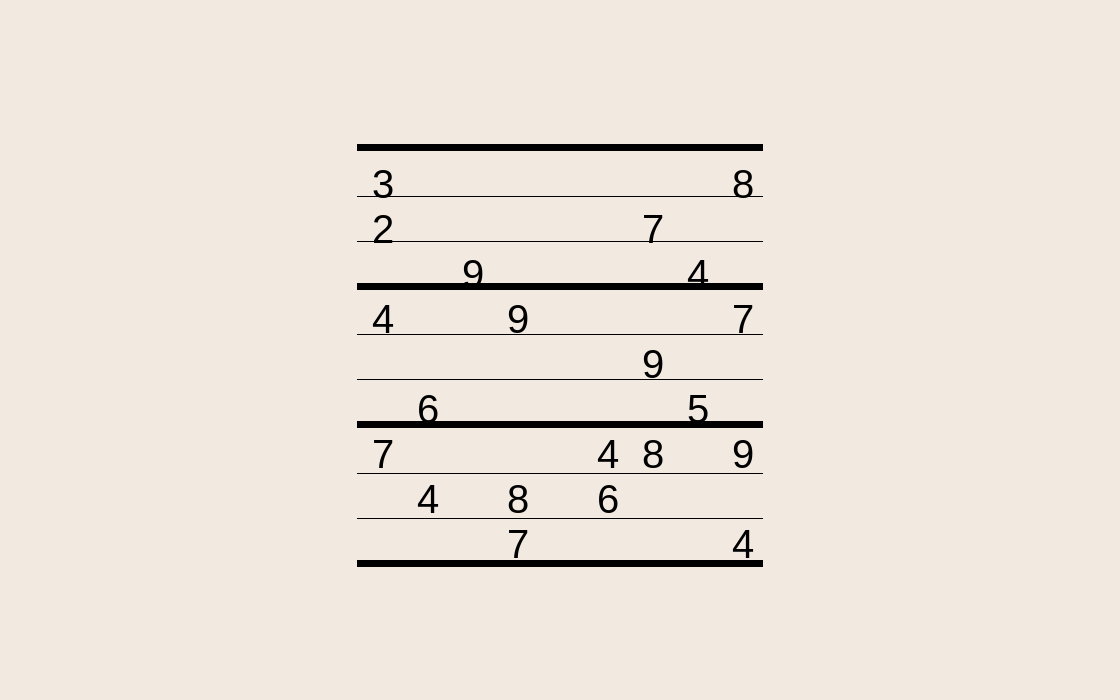
Repository: JensVL96/Puzzle-solver-for-fun
Script's output: python sudoku.py
An editor plug-in stored every save of this project. The script's output is shown before and after the next save, followed by the edit.
The window is shown after at most 60 frames with no key pressed. A system font it names is replaced by a similar one. Random numbers start from a fixed seed.

Above is the script's output before, as saved 2020-11-08 11:20:35.

After the next save:
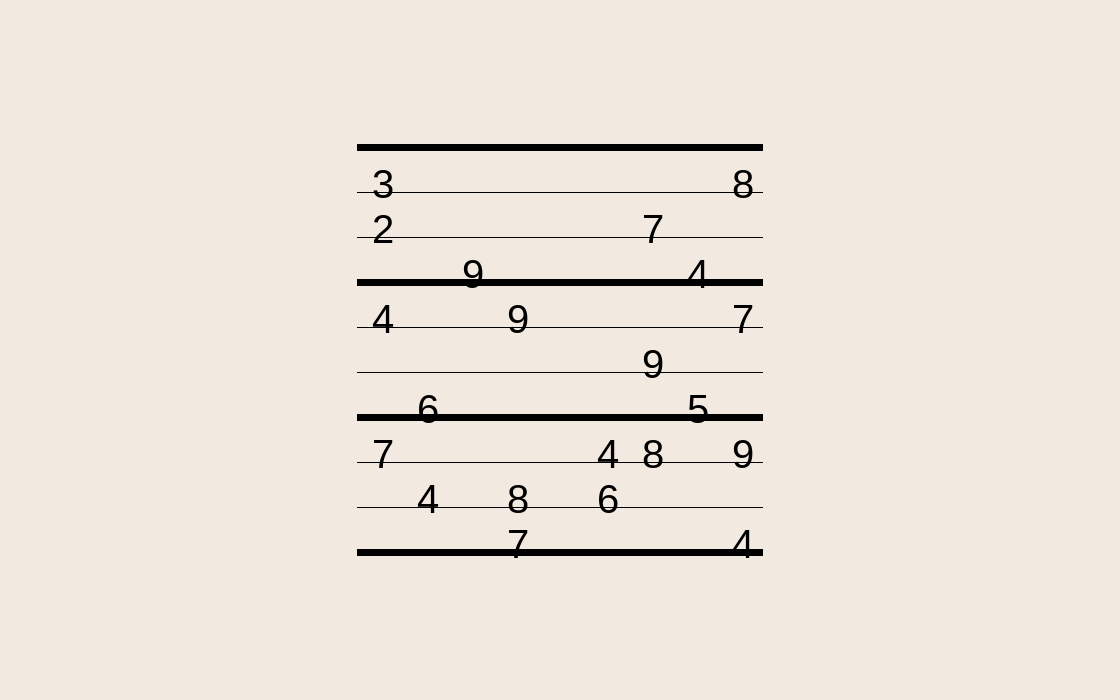
Saved 60 s later.
--- a/display_board.py
+++ b/display_board.py
@@ -70,15 +70,15 @@ class Display_board():
         #                                     BOT_LY), thick)
 
         pg.draw.line(self.screen, BLACK, (TOP_LX, TOP_LY), (TOP_RX, TOP_RY), 7)
-        pg.draw.line(self.screen, BLACK, (TOP_LX, TOP_LY + 48.5), (TOP_RX, TOP_RY + 48.5), 1)
-        pg.draw.line(self.screen, BLACK, (TOP_LX, TOP_LY + 48.5 + 45), (TOP_RX, TOP_RY + 48.5 + 45), 1)
-        pg.draw.line(self.screen, BLACK, (TOP_LX, TOP_LY + 48.5 + 45 + 45), (TOP_RX, TOP_RY + 48.5 + 45 + 45), 7)
-        pg.draw.line(self.screen, BLACK, (TOP_LX, TOP_LY + 48.5 + 45 + 45 + 48.5), (TOP_RX, TOP_RY + 48.5 + 45 + 45 + 48.5), 1)
-        pg.draw.line(self.screen, BLACK, (TOP_LX, TOP_LY + 48.5 + 45 + 45 + 48.5+ 45), (TOP_RX, TOP_RY + 48.5 + 45 + 45 + 48.5 + 45), 1)
-        pg.draw.line(self.screen, BLACK, (TOP_LX, TOP_LY + 48.5 + 45 + 45 + 48.5 + 45 + 45), (TOP_RX, TOP_RY + 48.5 + 45 + 45 + 48.5 + 45 + 45), 7)
-        pg.draw.line(self.screen, BLACK, (TOP_LX, TOP_LY + 48.5 + 45 + 45 + 48.5 + 45 + 45 + 48.5), (TOP_RX, TOP_RY + 48.5 + 45 + 45 + 48.5 + 45 + 45 + 48.5), 1)
-        pg.draw.line(self.screen, BLACK, (TOP_LX, TOP_LY + 48.5 + 45 + 45 + 48.5 + 45 + 45 + 48.5 + 45), (TOP_RX, TOP_RY + 48.5 + 45 + 45 + 48.5 + 45 + 45 + 48.5 + 45), 1)
-        pg.draw.line(self.screen, BLACK, (TOP_LX, TOP_LY + 48.5 + 45 + 45 + 48.5 + 45 + 45 + 48.5 + 45 + 45), (TOP_RX, TOP_RY + 48.5 + 45 + 45 + 48.5 + 45 + 45 + 48.5 + 45 + 45), 7)
+        pg.draw.line(self.screen, BLACK, (TOP_LX, TOP_LY + 45), (TOP_RX, TOP_RY + 45), 1)
+        pg.draw.line(self.screen, BLACK, (TOP_LX, TOP_LY + 45 + 45), (TOP_RX, TOP_RY + 45 + 45), 1)
+        pg.draw.line(self.screen, BLACK, (TOP_LX, TOP_LY + 45 + 45 + 45), (TOP_RX, TOP_RY + 45 + 45 + 45), 7)
+        pg.draw.line(self.screen, BLACK, (TOP_LX, TOP_LY + 45 + 45 + 45 + 45), (TOP_RX, TOP_RY + 45 + 45 + 45 + 45), 1)
+        pg.draw.line(self.screen, BLACK, (TOP_LX, TOP_LY + 45 + 45 + 45 + 45+ 45), (TOP_RX, TOP_RY + 45 + 45 + 45 + 45 + 45), 1)
+        pg.draw.line(self.screen, BLACK, (TOP_LX, TOP_LY + 45 + 45 + 45 + 45 + 45 + 45), (TOP_RX, TOP_RY + 45 + 45 + 45 + 45 + 45 + 45), 7)
+        pg.draw.line(self.screen, BLACK, (TOP_LX, TOP_LY + 45 + 45 + 45 + 45 + 45 + 45 + 45), (TOP_RX, TOP_RY + 45 + 45 + 45 + 45 + 45 + 45 + 45), 1)
+        pg.draw.line(self.screen, BLACK, (TOP_LX, TOP_LY + 45 + 45 + 45 + 45 + 45 + 45 + 45 + 45), (TOP_RX, TOP_RY + 45 + 45 + 45 + 45 + 45 + 45 + 45 + 45), 1)
+        pg.draw.line(self.screen, BLACK, (TOP_LX, TOP_LY + 45 + 45 + 45 + 45 + 45 + 45 + 45 + 45 + 45), (TOP_RX, TOP_RY + 45 + 45 + 45 + 45 + 45 + 45 + 45 + 45 + 45), 7)
         # pg.draw.line(self.screen, BLACK, (TOP_LX, TOP_LY), (TOP_RX, TOP_RY), 7)
         # pg.draw.line(self.screen, BLACK, (TOP_LX, TOP_LY), (TOP_RX, TOP_RY), 7)
         # pg.draw.line(self.screen, BLACK, (TOP_LX, TOP_LY), (TOP_RX, TOP_RY), 7)
